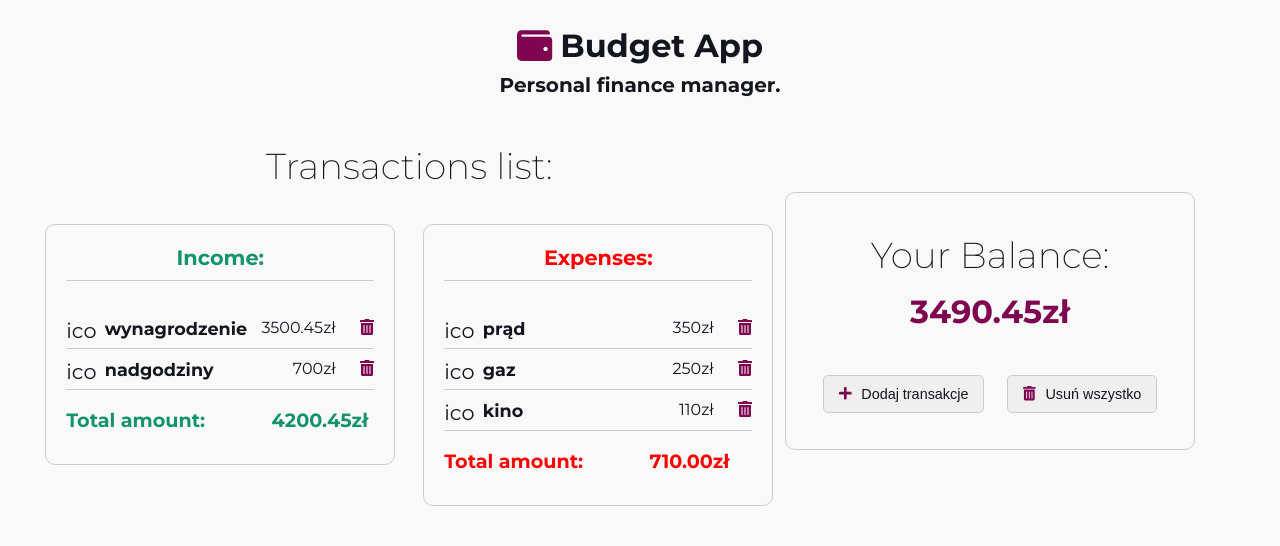
Repository: KrzysKolo/sr_tydzien4_zad4
Page: /
These files come from the project's save history. The page is drawn as it stood at one moment and after the next save; the edit follows.
The browser window is 1280 px wide. The pictures show the whole page.
Some web libraries are served in a nearby version. The project was rebuilt for these pictures with package versions that can differ from the ones it lists, and the page was loaded fresh each time. Also part of the build but not shown: src/components/budgetComponents/formComponents/Header.js, src/components/budgetComponents/formComponents/ErrorMessage.js, src/components/budgetComponents/formComponents/Input.js, src/components/budgetComponents/formComponents/Select.js.

Above is the page before, as saved 2020-12-09 02:01:58.

### public/index.html
<!DOCTYPE html>
<html lang="en">
  <head>
    <meta charset="utf-8" />
    <link rel="icon" href="%PUBLIC_URL%/favicon.ico" />
    <meta name="viewport" content="width=device-width, initial-scale=1" />
    <meta name="theme-color" content="#000000" />
    <meta
      name="description"
      content="Web site created using create-react-app"
    />
    <link rel="apple-touch-icon" href="%PUBLIC_URL%/logo192.png" />
    <!--
      manifest.json provides metadata used when your web app is installed on a
      user's mobile device or desktop. See https://developers.google.com/web/fundamentals/web-app-manifest/
    -->
    <link rel="manifest" href="%PUBLIC_URL%/manifest.json" />
    <!--
      Notice the use of %PUBLIC_URL% in the tags above.
      It will be replaced with the URL of the `public` folder during the build.
      Only files inside the `public` folder can be referenced from the HTML.

      Unlike "/favicon.ico" or "favicon.ico", "%PUBLIC_URL%/favicon.ico" will
      work correctly both with client-side routing and a non-root public URL.
      Learn how to configure a non-root public URL by running `npm run build`.
    -->
    <link
      href="https://fonts.googleapis.com/css?family=Montserrat:200,400,700&display=swap&subset=latin-ext"
      rel="stylesheet"
    />
    <script
      src="https://kit.fontawesome.com/327a0d490c.js"
      crossorigin="anonymous"
    ></script>
    <title>Budget</title>
  </head>
  <body>
    <noscript>You need to enable JavaScript to run this app.</noscript>
    <div id="root"></div>
    <!--
      This HTML file is a template.
      If you open it directly in the browser, you will see an empty page.

      You can add webfonts, meta tags, or analytics to this file.
      The build step will place the bundled scripts into the <body> tag.

      To begin the development, run `npm start` or `yarn start`.
      To create a production bundle, use `npm run build` or `yarn build`.
    -->
  </body>
</html>

### src/App.js
import React from 'react';
import Budget from './components/Budget'

const App = () => {
  return (
    <>
      <Budget/>
    </>
  )
}

export default App;

### src/components/Budget.js
import React, { useContext } from 'react';
import Header from './budgetComponents/Header';
import Section from './budgetComponents/Section';
import SectionInfo from './budgetComponents/SectionInfo';
import H2 from './budgetComponents/sectionComponents/H2';
/* import ExpenseTransaction from './data/ExpenseTransaction';
import IncomeTransaction from './data/IcomeTransaction'; */
import {GlobalContextProvider, GlobalContext} from './context/GlobalState';
import styled, { createGlobalStyle } from 'styled-components';

const GlobalStyle = createGlobalStyle`
    * {
        padding: 0;
        margin: 0;
        box-sizing: border-box;
    }
    body {
        background-color: #f9f9f9;
        color: #14161f;
        font-family: "Montserrat", sans-serif;
        font-size: 16px;
        min-height: 100vh;
    }
    `;
const Container = styled.main`
    font-size: 1.5rem;
`;
const SectionContainer = styled.section`
    display: flex;
    flex-direction: row;
    justify-content: center;
    align-items: center;
`;
const SectionBudget = styled.section`
    display: flex;
    flex-direction: column;
    justify-content: center;
    align-items: center;
`;
const DivItems = styled.div`
    display: flex;
    flex-direction: row;
    justify-content: center;
    align-items: flex-start;

`;
const Budget = () => {
    const {incomeTransactions, expenseTransactions}=useContext(GlobalContext);
    const incomeAmounts = incomeTransactions.map(incomeTransaction => incomeTransaction.amount);
    const expenseAmounts = expenseTransactions.map(expenseTransaction => expenseTransaction.amount);
    const totalIncome = incomeAmounts.reduce((acc, item) => (acc+=item),0).toFixed(2);
    const totalExpense = expenseAmounts.reduce((acc, item) => (acc+=item),0).toFixed(2);
    const totalAmounte = totalIncome - totalExpense;

    return (
        <GlobalContextProvider>
            <GlobalStyle />
            <Container>
                <Header />
                <SectionContainer>
                    <SectionBudget>
                        <H2 title="Transactions list" />
                        <DivItems>
                            <Section title="Income" label="income" data={incomeTransactions} total={totalIncome}/>
                            <Section title="Expenses" data={expenseTransactions} total={totalExpense} />
                        </DivItems>
                    </SectionBudget>
                    <SectionInfo title="Your Balance" total={totalAmounte} />
                </SectionContainer>
            </Container>
        </GlobalContextProvider>
    )
}

export default Budget;

### src/components/budgetComponents/Header.js
import React from 'react';
import styled from 'styled-components';
import { FontAwesomeIcon } from '@fortawesome/react-fontawesome';
import { faWallet } from '@fortawesome/free-solid-svg-icons';

const SectionHeader = styled.header`
    align-items: center;
    color: rgb(127, 5, 80);
    display: flex;
    font-size: 2.2rem;
    flex-direction: column;
    justify-content: center;
    padding: 2%;
`;
const DivHeader = styled.div`
    align-items: center;
    display: flex;
    flex-direction: row;
    justify-content: center;
    margin-bottom: 0.5rem;
`;
const H1Header = styled.h1`
    color: #14161f;
    font-size: 2rem;
    margin-left: .5rem;
`;
const H2Header = styled.h2`
    color: #14161f;
    font-size: 1.25rem;
`;
const Header = () => {
    return (
        <SectionHeader>
            <DivHeader>
                <FontAwesomeIcon icon={faWallet}/>
                <H1Header>Budget App</H1Header>
            </DivHeader>
            <H2Header>Personal finance manager.</H2Header>
        </SectionHeader>
    )
}

export default Header;

### src/components/budgetComponents/Section.js
import React from 'react';
import { H1, DivData }from './sectionComponents/index';

import styled from 'styled-components';

const SectionWrapper = styled.section`
    border: 1px solid #ccc;
    border-radius: 10px;
    display: flex;
    flex-direction: column;
    font-size: 1.3rem;
    justify-content: center;
    align-items: center;
    margin: 2%;
    padding: 20px;
    min-width: 350px;
    width: 50%;
`;
const Section = ({ title, label, data, total }) => {
   return (
        <SectionWrapper>
           <H1 title={title} label={label} />
           <DivData data={data} label={label} total={total} />
        </SectionWrapper>
    )
}

export default Section;

### src/components/budgetComponents/SectionInfo.js
import React, { useState } from 'react';
import { H2, P } from './sectionComponents/index';
import Form from './Form';
import Button from './../budgetComponents/buttons/Button';
import styled from 'styled-components';
import { faPlus,  faTrashAlt } from '@fortawesome/free-solid-svg-icons';
const SectionWrapper = styled.section`
    border: 1px solid #ccc;
    border-radius: 10px;
    display: flex;
    flex-direction: column;
    margin: 2vw;
    padding: 2%;
`;
const ButtonWrapper = styled.div`
    display: flex;
    flex-direction: row;
`;

const SectionInfo = ({ title, total }) => {
    const [showForm, setShowForm] = useState(false);
    const openForm = () =>{
        setShowForm(prev => !prev);
  };
    return (
        <>
        <SectionWrapper>
           <H2 title={title}> </H2>
           <P total={total} />
           <ButtonWrapper>
                <Button onClick={openForm} title="Dodaj transakcje" icons={faPlus} />
                <Button title="Usuń wszystko" icons={faTrashAlt} type="submit"/>
           </ButtonWrapper>

        </SectionWrapper>
        <Form showForm={showForm} setShowForm={setShowForm} />
        </>
    )
}

export default SectionInfo;

### src/components/budgetComponents/sectionComponents/H2.js
import React from 'react'
import styled from 'styled-components';

const TitleH2 = styled.h2`
    font-weight: 200;
    margin: 2% auto;
    padding: 0.5rem;
`;

const H2 = ({title}) => {
    return (
        <TitleH2>
            {title}:
        </TitleH2>
    )
}

export default H2;

### src/components/context/GlobalState.js
import React, {createContext, useReducer} from 'react';
import AppReducer from './AppReducer';
const initialState = {
    incomeTransactions: [
        { id: 0, category: "Przychód", name: "wynagrodzenie", amount: 3500.45},
        { id: 1, category: "Przychód", name: "nadgodziny", amount: 700},
    ],
    expenseTransactions: [
        { id: 0, category: "Rachunki", name: "prąd", amount: 350},
        { id: 1, category: "Rachunki", name: "gaz", amount: 250},
        { id: 3, category: "Kultura", name: "kino", amount: 110},
    ],
};
export const GlobalContext = createContext(initialState);
export const GlobalContextProvider = ({children}) => {
    const [state, dispatch] = useReducer(AppReducer, initialState);

    const addIncome = incomeTransaction => {
        dispatch({
            type: "ADD_INCOME",
            payload: incomeTransaction,
        });
    };
    const addExpense = expenseTransaction => {
        dispatch({
            type: "ADD_EXPENSE",
            payload: expenseTransaction,
        });
    };
    const deleteTransaction = id => {
        dispatch({
            type: "DELETE_TRANSACTION",
            payload: id,
          });
    };
    return (
        <GlobalContext.Provider value={{
            incomeTransactions: state.incomeTransactions,
            expenseTransactions: state.expenseTransactions,
            addIncome,
            addExpense,
            deleteTransaction,
        }}>
            {children}
        </GlobalContext.Provider>
    )
}

### src/components/budgetComponents/sectionComponents/index.js
export { default as H1 } from './H1';
export { default as H2 } from './H2';
export { default as P } from './P';
export { default as DivData } from './DivData';

### src/components/budgetComponents/Form.js
import React, { useState } from 'react';
import { Header, Input, Select } from './formComponents/';
import Button from './buttons/Button';
import styled from 'styled-components';
import SelectOptions from './../data/SelectOptions';
import { faBusinessTime, faSave, faWindowClose } from '@fortawesome/free-solid-svg-icons';
import { useFormik } from 'formik';
import * as yup from 'yup';

const FormWrapper = styled.form`
    background-color: #f9f9f9;
    border: 4px double rgb(127, 5, 80);
    border-radius: 10px;
    box-shadow: 3px 3px 5px rgba(127, 5, 80, 0.5);
    color: rgb(127, 5, 80);
    position: fixed;
    display: flex;
    flex-direction: column;
    justify-content: center;
    align-items: center;
    padding: 10px;
    width: 20vw;
    min-width: 300px;
`;
const ButtonWrapper = styled.div`
    display: flex;
    flex-direction: row;
    justify-content: center;
    border-top: 1px solid rgba(127, 5, 80, 0.3);
    padding-top: 10px;
    margin-top: 1.4rem;
`;

const FormData = ({ showForm, setShowForm }) => {
    const initialValues  = {
        name: '',
        amount: '',
        category: -1,
    };
    const validationSchema = yup.object({
        name: yup.string().required("Required").min(3, "Musi być min 3 znaki").max(50,"Moze być max 50 znaków"),
        amount: yup.number().required("Required").min(1, "Musi być conajmniej 1 cyfra"),
        category: yup.number().required("Musi być wybrane").min(0, ).max(5),
    })
    const onSubmit = ( values, {resetForm} ) => {
        console.log('Form data', values);
        setShowMessage(true);
        resetForm();
    };
    const closeForm = () => {
        setShowForm(false);
    };

    const [ showMessage, setShowMessage ] = useState(false);
    const formik = useFormik({
        initialValues,
        validationSchema,
        onSubmit,
    });
    return (
        <>
        { showForm &&
        <FormWrapper onSubmit={formik.handleSubmit}>
            <Header icons={faBusinessTime} title={"Dodaj transakcje!"} />
            <Input type="text" label="Nazwa transakcji" name="name" placeholder="nazwa transakcji..." onChange={formik.handleChange} value={formik.values.name} onBlur={formik.handleBlur} error={formik.errors.name} message={formik.errors.name} touched={formik.touched.name} />
            <Input type="text" label="Kwota transakcji" name="amount" placeholder="kwota..." onChange={formik.handleChange} value={formik.values.amount} onBlur={formik.handleBlur} error={formik.errors.amount} message={formik.errors.amount} touched={formik.touched.amount}/>
            <Select options={SelectOptions} label="Wybierz kategorię transakcji" name="category" onChange={formik.handleChange} value={formik.values.category} onBlur={formik.handleBlur} error={formik.errors.category} message={formik.errors.category} touched={formik.touched.category}/>
            <ButtonWrapper>
                <Button type="save" title="Zapisz" icons={faSave} />
                <Button title="Anuluj" icons={faWindowClose} type="cancel" onClick={closeForm} />
            </ButtonWrapper>
        </FormWrapper>
        }
        </>
    )
}

export default FormData;

### src/components/budgetComponents/buttons/Button.js
import React from 'react';
import styled from 'styled-components';
import { FontAwesomeIcon } from '@fortawesome/react-fontawesome';

const ButtonDiv = styled.button`
    border: 1px solid #ccc;
    border-radius: 5px;
    margin: 0.7rem;
    padding: 10px 15px;
    display: flex;
    flex-direction: row;
    align-items: center;
    color: rgb(127, 5, 80);
    font-size: 0.9rem;
    cursor: pointer;
    transition: 0.3s ease-in-out;
    &:hover {
        border: 1px solid rgba(127, 5, 80, 0.4);
        background-color:  #f9f9f9;
        color: rgba(127, 5, 80, 0.5);
    }
`;
const ButtonTitleDiv = styled.div`
    margin-left: 10px;
    color: #14161f;
`;
const Button = ({ title, icons, onClick }) => {
    return (
        <ButtonDiv onClick={onClick}>
            <FontAwesomeIcon icon={icons} />
            <ButtonTitleDiv>{title}</ButtonTitleDiv>
        </ButtonDiv>
    )
}

export default Button;

### src/components/context/AppReducer.js
export default (state, action) => {
    switch (action.type) {
        case 'ADD_INCOME':
            return {
                ...state,
                incomeTransactions: [action.payload, ...state.incomeTransactions],
            }
        case 'ADD_EXPENSE':
            return {
                ...state,
                expenseTransactions: [action.payload, ...state.expenseTransactions],
            }
        case 'DELETE_TRANSACTION':
            return {
                ...state,
                incomeTransactions: state.incomeTransactions.filter(
                    incomeTransaction => incomeTransaction.id !== action.payload
                  ),
                  expenseTransactions: state.expenseTransactions.filter(
                    expenseTransaction => expenseTransaction.id !== action.payload
                  ),
            }
        default:
            return state
        }
      };

### src/components/budgetComponents/sectionComponents/H1.js
import React from 'react'
import styled from 'styled-components';

const TitleH1Styles = (label) => `
border-bottom: 1px solid #ccc;
color: ${label ? 'rgb(19, 147, 109)' : 'red'};
margin-bottom: 2rem;
padding-bottom: 10px;
display: block;
width: 100%;
text-align: center;
`;
const TitleH1 = styled.h1`
      ${props => TitleH1Styles(props.label)}
`;
const H1 = (props) => {
    const { title, label } = props;
    return (
        <TitleH1 label={label}>
            {title}:
        </TitleH1>
    )
}

export default H1;

### src/components/budgetComponents/sectionComponents/P.js
import React from 'react';
import styled from 'styled-components';

const InfoP = styled.p`
    color: rgb(127, 5, 80);
    font-size: 2rem;
    font-weight: bold;
    width: 100%auto;
    text-align: center;
    padding-bottom: 2rem;
`;

const P = ({total}) => {
    return (
        <InfoP>
            {total}zł
        </InfoP>
    )
}

export default P;

### src/components/budgetComponents/sectionComponents/DivData.js
import React, { useContext } from 'react';
import { GlobalContext } from '../../context/GlobalState';
import { FontAwesomeIcon } from '@fortawesome/react-fontawesome';
import { faTrashAlt } from '@fortawesome/free-solid-svg-icons';
import styled from 'styled-components';

const Container = styled.div`
    width: 100%;
    display: flex;
    flex-direction: column;
    justify-content: flex-start;
    align-items: flex-start;
    align-content: flex-start;
`;
const DivWrapper = styled.div`
    display: grid;
    grid-template-columns: 0.5fr 2fr 1fr 0.5fr;
    width: 100%;
    margin: 5px 0;
    border-bottom: 1px solid #ccc;
    padding-bottom: 5px;
`;
const NameH3 = styled.h3`
    font-size: 1.1rem;
    font-weight: 600;
    text-align: left;
`;
const AmountSpan = styled.span`
    font-size: 1rem;
    text-align: right;
`;
const FontAwsomeP = styled.p`
    font-size: 1rem;
    font-weight: 300;
    text-align: right;
    color: rgb(127, 5, 80);
    cursor: pointer;
    transition: 0.3s ease-in-out;
    &:hover{
        transform: scale(0.9);
        color: rgba(127, 5, 80, 0.8);
    }
`;
const TotalAmountDivStyles = (label) => `
color: ${label ? 'rgb(19, 147, 109)' : 'red'};
font-size: 1.2rem;
font-weight: 800;
margin: 4% auto;
width: 100%;
`;
const TotalAmountDiv= styled.div`
display: grid;
grid-template-columns: 2fr 1fr;
${props => TotalAmountDivStyles(props.label)}
`;
const AmountP=styled.p`
text-align: right;
margin-right: 27%;
`;
const DivData = ({data, label, total}) => {
    const {deleteTransaction} = useContext(GlobalContext);
    return (
        <Container>
            {data.map(item => (
                <DivWrapper key={item.id}>
                    <p>ico</p>
                    <NameH3>{item.name}</NameH3>
                    <AmountSpan>{item.amount}zł</AmountSpan>
                    <FontAwsomeP  onClick={() => deleteTransaction(data.id)}><FontAwesomeIcon icon={faTrashAlt}/></FontAwsomeP>
                </DivWrapper>)) }
                <TotalAmountDiv label={label}><p>Total amount:</p>  <AmountP>{total}zł</AmountP></TotalAmountDiv>
        </Container>
    )
}

export default DivData;

### src/components/budgetComponents/formComponents/index.js
export { default as Header } from './Header';
export { default as Input } from './Input';
export { default as ErrorMessage } from './ErrorMessage';
export { default as Select } from './Select';

### src/components/data/SelectOptions.js
const SelectOptions=[
    { id: -1, value: "-1", label:"", title: 'Select...' },
    { id: 0, value: "0", label:"[+]", title: 'Przychód' },
    { id: 1, value: "1", label:"[-]", title: 'Rachunki' },
    { id: 2, value: "2", label:"[-]", title: 'Sport' },
    { id: 3, value: "3", label:"[-]", title: 'Wyżywienie' },
    { id: 4, value: "4", label:"[-]", title: 'Kultura' },
    { id: 5, value: "5", label:"[-]", title: 'Wypoczynek' },
];
export default SelectOptions;

Loaded but not shown: src/index.js (common file); src/index.css (common file)

After the next save:
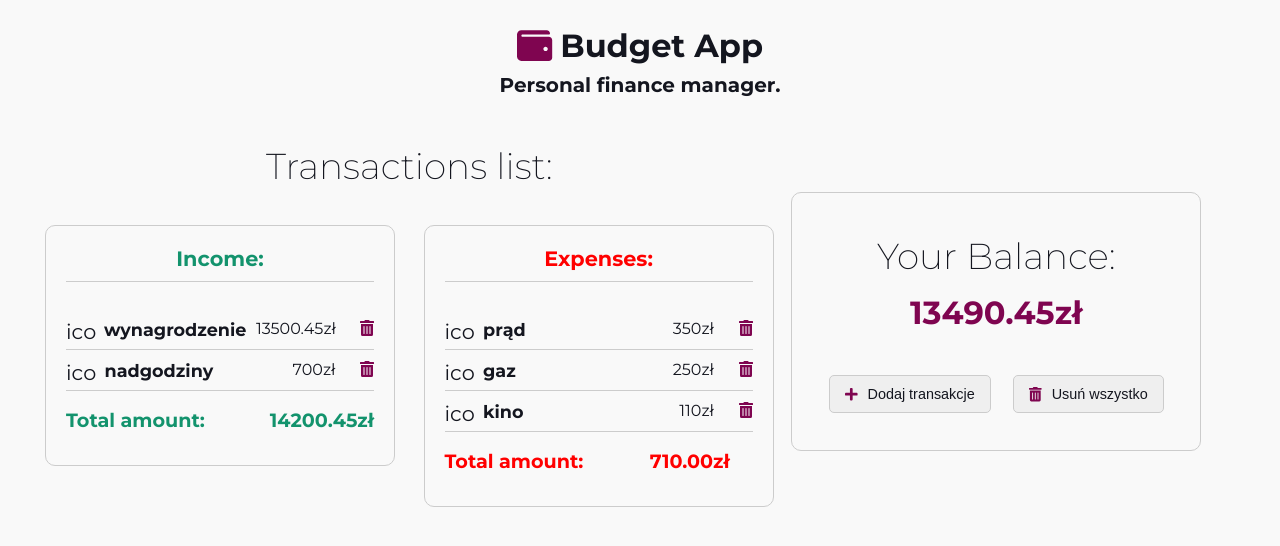
Saved 34 s later.
--- a/src/components/context/GlobalState.js
+++ b/src/components/context/GlobalState.js
@@ -2,7 +2,7 @@ import React, {createContext, useReducer} from 'react';
 import AppReducer from './AppReducer';
 const initialState = {
     incomeTransactions: [
-        { id: 0, category: "Przychód", name: "wynagrodzenie", amount: 3500.45},
+        { id: 0, category: "Przychód", name: "wynagrodzenie", amount: 13500.45},
         { id: 1, category: "Przychód", name: "nadgodziny", amount: 700},
     ],
     expenseTransactions: [

After the save that followed:
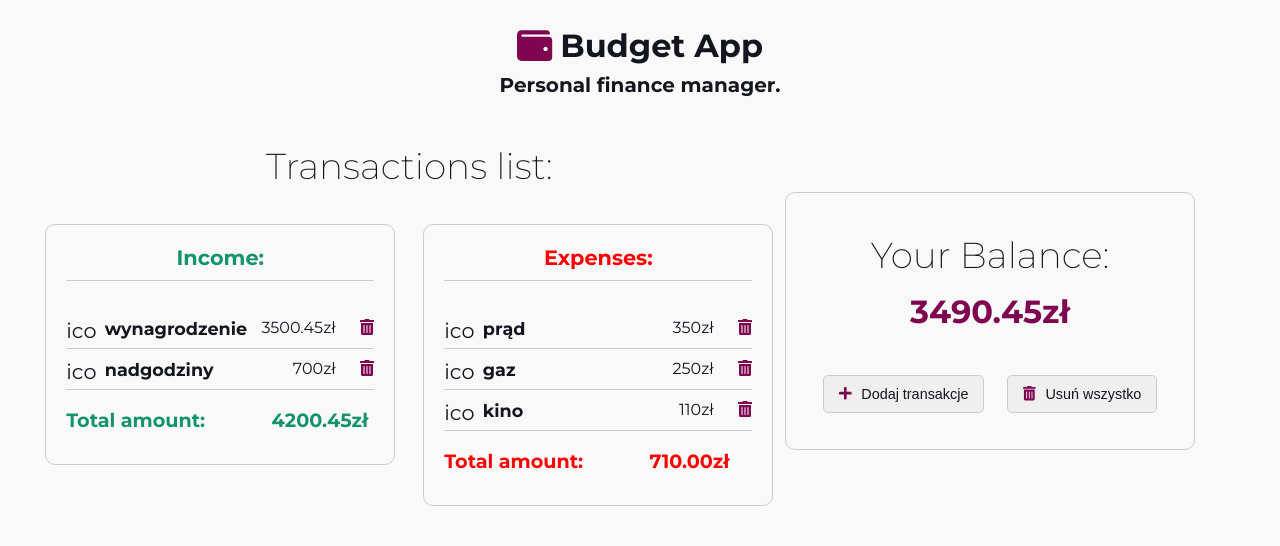
Saved 4 min 2 s later.
--- a/src/components/context/GlobalState.js
+++ b/src/components/context/GlobalState.js
@@ -2,7 +2,7 @@ import React, {createContext, useReducer} from 'react';
 import AppReducer from './AppReducer';
 const initialState = {
     incomeTransactions: [
-        { id: 0, category: "Przychód", name: "wynagrodzenie", amount: 13500.45},
+        { id: 0, category: "Przychód", name: "wynagrodzenie", amount: 3500.45},
         { id: 1, category: "Przychód", name: "nadgodziny", amount: 700},
     ],
     expenseTransactions: [
